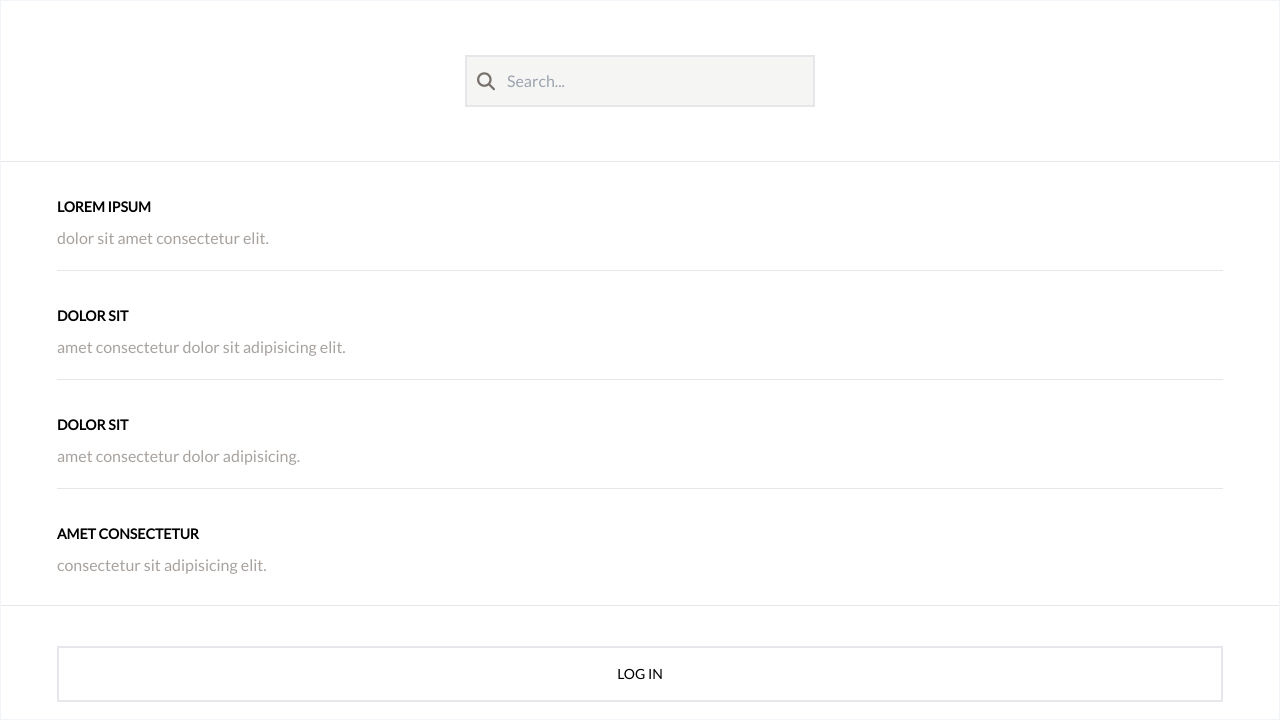
Repository: hsumyatm7308/laravel-blog
Page: blogweb/resources/views/blog/headerlayout.html
These files come from the project's save history. The page is drawn as it stood at one moment and after the next save; the edit follows.
The browser window is 1280 px wide. The pictures show the whole page.
Some web libraries are served in a nearby version.

Above is the page before, as saved 2023-09-05 17:40:51.

After the next save:
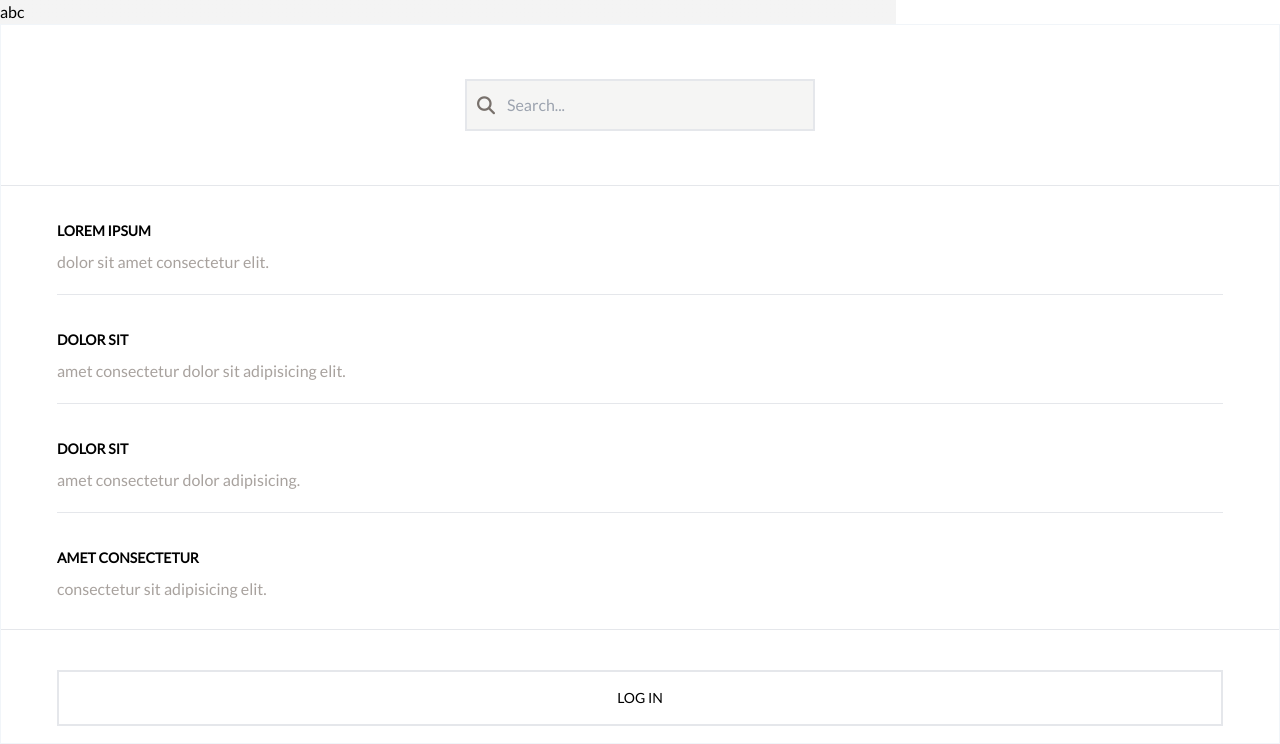
Saved 12 s later.
--- a/blogweb/resources/views/blog/headerlayout.html
+++ b/blogweb/resources/views/blog/headerlayout.html
@@ -130,7 +130,7 @@
     <div
         class="menu-modal w-screen  h-screen absolute left-0 top-0">
         <div class="w-[70%] bg-[linear-gradient(rgba(233,233,233,.5),rgba(233,233,233,.5))]">
-
+abc
         </div>
         <div class=" h-[100vh] bg-white  border border-slate-100">
 
